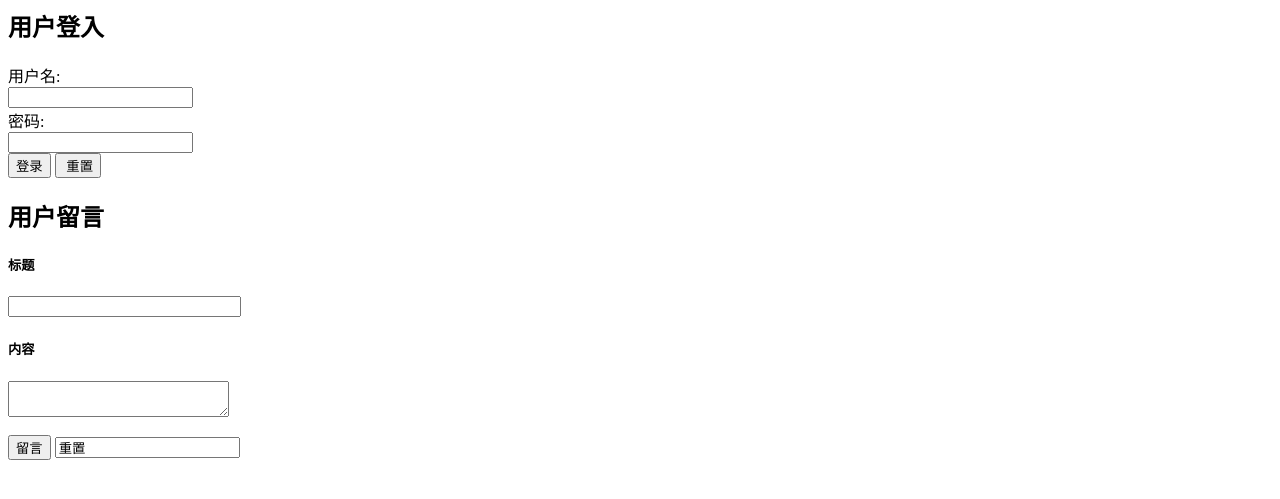
Repository: wikelgc/JSP
Page: http://localhost/chapter_four/
The author's editor kept a copy of each file at every save. The page is drawn from the files as they stood at one save, then again after the next save.
The browser window is 1280 px wide. The pictures show the whole page.
The page is served by Tomcat 9. Other server files are loaded and not shown.

Above is the page before, as saved 2015-05-29 08:45:57.

### chapter_four/WebRoot/index.jsp
<%@page contentType="text/html; charset=UTF-8" language="java"%>
<html>
	<head>
	 	<h2>用户登入</h2>
	</head>
	<body>
		<div>
			<form action=" doLogon.jsp">
				用户名:<br>
				<input type = "text" name = "name"><br>
				密码:<br>
				<input type = "passWord" name = "password"><br>

				<input type = "submit" value="登录">
				<input type = "reset" value=" 重置">
			</form>
		</div>

		<div>
			<form>
			<h2>用户留言</h2>
			<h5>标题</h5>
			<input type = "text" name = "title" size = "26"><br>
			<h5>内容</h5>
			<textarea type = "content" row = "5" cols = "25" ></textarea><br><br>
			<input type = "submit" value = "留言">
			<input type = "content" value = "重置">
			</form>

		</div>
	</body>
</html>

After the next save:
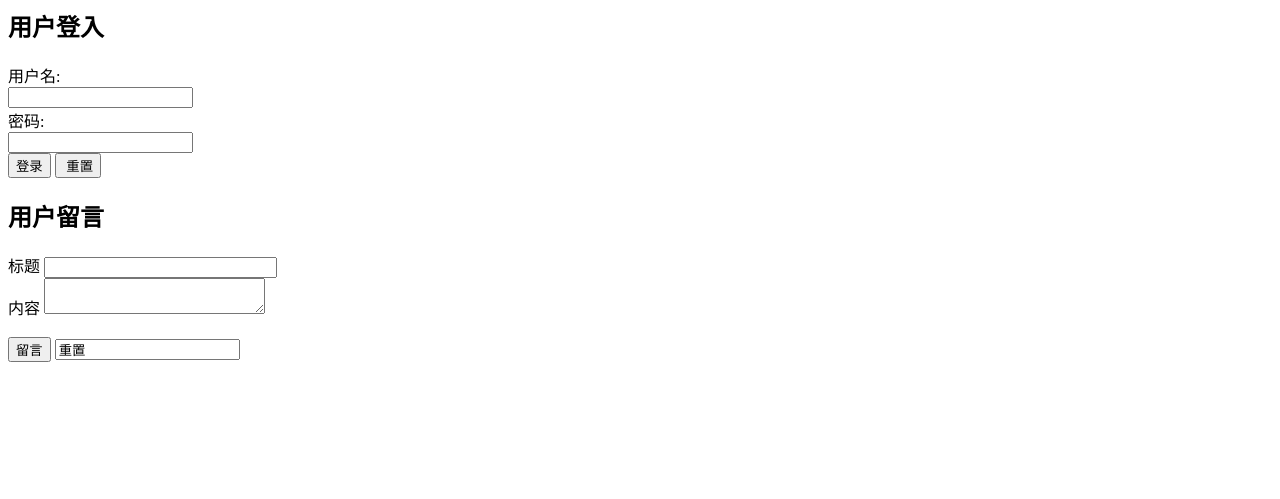
Saved 3 min 35 s later.
--- a/chapter_four/WebRoot/index.jsp
+++ b/chapter_four/WebRoot/index.jsp
@@ -19,9 +19,9 @@
 		<div>
 			<form>
 			<h2>用户留言</h2>
-			<h5>标题</h5>
+			标题
 			<input type = "text" name = "title" size = "26"><br>
-			<h5>内容</h5>
+			内容
 			<textarea type = "content" row = "5" cols = "25" ></textarea><br><br>
 			<input type = "submit" value = "留言">
 			<input type = "content" value = "重置">
